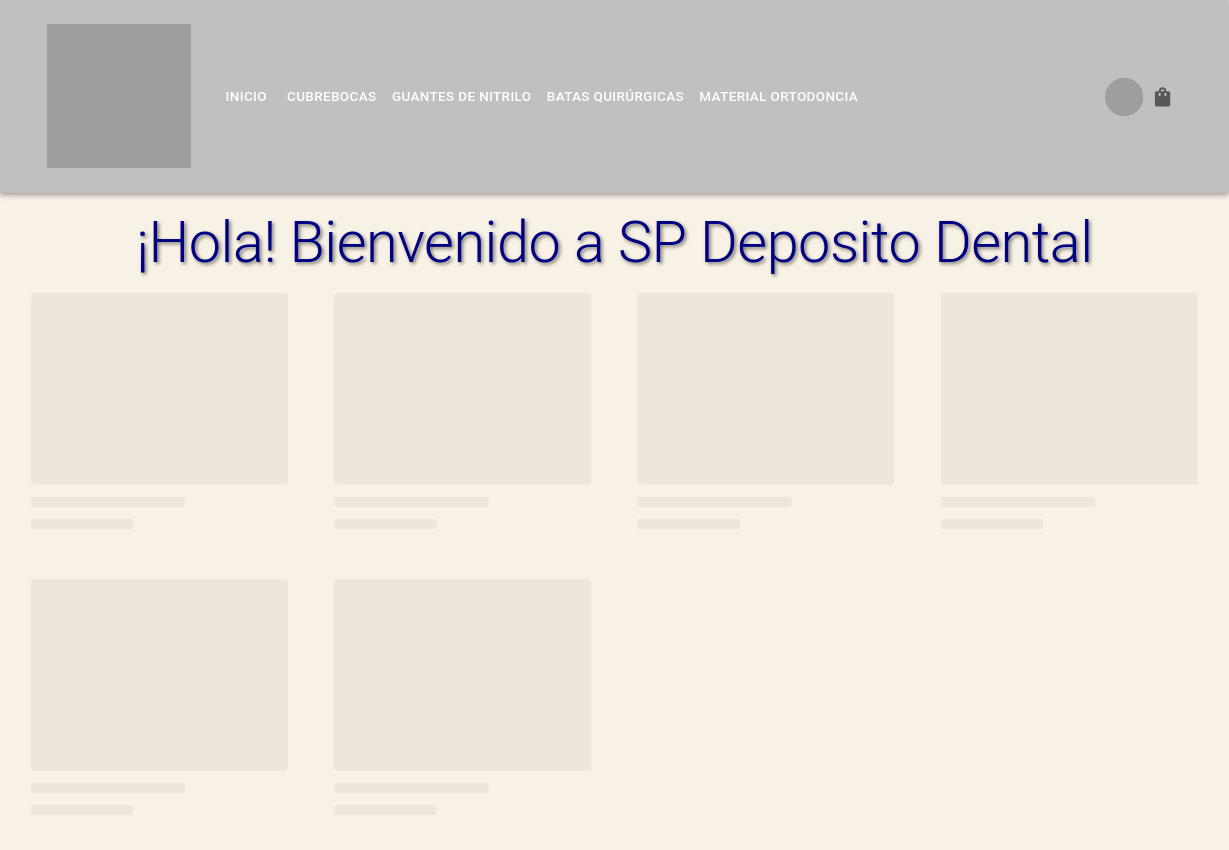
Repository: SebastianPineiro10/ecommerce-coderhouse
Page: /
The author's editor kept a copy of each file at every save. The page is drawn from the files as they stood at one save, then again after the next save.
The browser window is 1280 px wide. The pictures show the whole page, at 96% of full size.
Pictures or frames that could not be fetched are drawn as grey boxes. The page's requests for data from a server got no answer. The project was rebuilt for these pictures with package versions that can differ from the ones it lists, and the page was loaded fresh each time. No one was signed in, and anything a server would have sent is missing. Also part of the build but not shown: vite.config.js, src/components/common/card/productcard.css, src/components/common/card/ProductCard.jsx, src/components/pages/ItemListContainer/ItemList.jsx, src/components/pages/ItemDetail/ItemDetail.jsx, src/components/pages/ItemDetail/ItemDetailContainer.jsx, src/components/pages/cart/CartContainer.jsx, src/components/pages/checkout/Checkout.jsx and 1 more.

Above is the page before, as saved 2024-11-18 22:28:23.

### index.html
<!doctype html>
<html lang="en">
  <head>
    <meta charset="UTF-8" />
    <link rel="icon" type="favicon" href="/public/favicon.ico" />
    <meta name="viewport" content="width=device-width, initial-scale=1.0" />
    <title>SP Depósito Dental</title>
    <meta name="description" content="Bienvenido a SP Depósito Dental, su tienda de confianza para productos dentales." />
    <meta name="keywords" content="dental, productos dentales, tienda, e-commerce" />

  </head>
  <body>
    <div id="root"></div>
    <script type="module" src="/src/main.jsx"></script>
  </body>
</html>

### src/main.jsx
import { createRoot } from 'react-dom/client'
import App from './App.jsx'
import './index.css'


createRoot(document.getElementById("root")).render(<App />);

### src/App.jsx
import { BrowserRouter } from 'react-router-dom';
import { Routes, Route } from 'react-router-dom';
import { CartProvider } from './context/CartContext';
import NavBar from './components/layout/navbar/NavBar';
import {ItemListContainer} from './components/pages/ItemListContainer/ItemListContainer';
import ItemDetailContainer from './components/pages/ItemDetail/ItemDetailContainer';
import CartContainer from './components/pages/cart/CartContainer';
import { Toaster } from 'sonner';
import Checkout from './components/pages/checkout/Checkout';
import Brief from './components/pages/brief/Brief';


const App = () => {
  return (
    <CartProvider>
      <BrowserRouter>
      <Toaster duration={2000} richColors position="bottom-right" />
        <NavBar />
        <Routes>
          <Route
            path="/"
            element={<ItemListContainer greeting="¡Hola! Bienvenido a SP Deposito Dental" />}
          />
          <Route path="/category/:categoryId" element={<ItemListContainer greeting="¡Hola! Bienvenido a SP Deposito Dental" />} />
          <Route path="/item/:itemId" element={<ItemDetailContainer />} />
          <Route path="/cart" element={<CartContainer />} />
          <Route path="/checkout" element={<Checkout />} />
          <Route path="/brief" element={<Brief />} />
          <Route path="*" element={<h2>404 not found</h2>} />
        </Routes>
      </BrowserRouter>
    </CartProvider>
  );
};

export default App;

### src/index.css
body {
  background-color: #F8F1E5;
  margin: 0;
  font-family: 'Roboto', sans-serif;
  color: #2C3E50;
}

### src/context/CartContext.jsx
import { createContext, useState, useContext } from "react";
import PropTypes from "prop-types";
import { toast } from "sonner";

const CartContext = createContext();

export const CartProvider = ({ children }) => {
  const [cart, setCart] = useState([]);
  const [isCheckout, setIsCheckout] = useState(false);

  // Función para generar un identificador único para cada producto en el carrito
  const generateCartItemId = () => `cart-${Date.now()}-${Math.random()}`;

  // Función para agregar productos al carrito
  const addToCart = (product) => {
    // Buscar si el producto ya está en el carrito
    const existingItem = cart.find(item => item.cartItemId === product.cartItemId);

    if (existingItem) {
      // Si el producto ya existe en el carrito
      const totalQuantity = existingItem.quantity + 1; // Incrementamos la cantidad

      // Verificamos si la cantidad no excede el stock
      if (totalQuantity <= product.stock) {
        setCart(prevCart =>
          prevCart.map(item =>
            item.cartItemId === product.cartItemId
            ? { ...item, quantity: totalQuantity }
            : item
          )
        );
        toast.success(`La cantidad de ${product.title} se ha actualizado a ${totalQuantity}`);
      } else {
        // Si la cantidad excede el stock
        toast.error(`No puedes agregar más de ${product.stock} unidades de ${product.title}.`);
      }
    } else {
      // Si el producto no está en el carrito y hay stock disponible
      if (product.stock > 0) {
        const newCartItem = { ...product, cartItemId: generateCartItemId(), quantity: 1 }; // Agregamos el producto con cantidad 1
        setCart(prevCart => [...prevCart, newCartItem]);
        toast.success(`${product.title} ha sido añadido al carrito`);
      } else {
        // Si el producto está agotado
        toast.error(`El producto ${product.title} está agotado.`);
      }
    }
  };

  // Función para eliminar productos del carrito
  const removeFromCart = (cartItemId) => {
    setCart(prevCart => {
      const updatedCart = prevCart.filter(item => item.cartItemId !== cartItemId);
      toast.error("Producto eliminado del carrito");
      return updatedCart;
    });
  };

  // Función para actualizar la cantidad de un producto
  const updateQuantity = (cartItemId, quantity) => {
    if (quantity < 1) return;

    const item = cart.find(item => item.cartItemId === cartItemId);

    // Verificar si la nueva cantidad no excede el stock
    if (item && quantity <= item.stock) {
      setCart(prevCart => {
        const updatedCart = prevCart.map(item =>
          item.cartItemId === cartItemId ? { ...item, quantity } : item
        );
        toast.info("Cantidad actualizada");
        return updatedCart;
      });
    } else {
      toast.error("No puedes agregar más de lo disponible en stock.");
    }
  };

  // Función para obtener el total de la compra
  const getTotal = () => {
    return cart.reduce((total, item) => total + (item.price * item.quantity || 0), 0);
  };

  // Función para obtener la cantidad total de productos en el carrito
  const getTotalQuantity = () => {
    return cart.reduce((total, item) => total + (item.quantity || 0), 0);
  };

  // Función para vaciar el carrito
  const clearCart = () => {
    setCart([]);
    toast.success("Carrito vacío");
  };

  // Función para iniciar el proceso de checkout
  const startCheckout = () => {
    setIsCheckout(true);
  };

  // Función para resetear el estado de checkout
  const resetCheckout = () => {
    setIsCheckout(false);
  };

  return (
    <CartContext.Provider value={{
      cart,
      addToCart,
      removeFromCart,
      updateQuantity,
      getTotal,
      getTotalQuantity,
      clearCart,
      startCheckout,
      resetCheckout,
      isCheckout
    }}>
      {children}
    </CartContext.Provider>
  );
};

CartProvider.propTypes = {
  children: PropTypes.node.isRequired,
};

// Custom hook para consumir el CartContext
export const useCart = () => useContext(CartContext);

### src/components/layout/navbar/NavBar.jsx
import * as React from 'react';
import AppBar from '@mui/material/AppBar';
import Box from '@mui/material/Box';
import Toolbar from '@mui/material/Toolbar';
import IconButton from '@mui/material/IconButton';
import Typography from '@mui/material/Typography';
import Menu from '@mui/material/Menu';
import MenuIcon from '@mui/icons-material/Menu';
import Container from '@mui/material/Container';
import Avatar from '@mui/material/Avatar';
import Button from '@mui/material/Button';
import Tooltip from '@mui/material/Tooltip';
import MenuItem from '@mui/material/MenuItem';
import CartWidget from '../../common/cartWidget/Cartwidget'
import { NavLink } from 'react-router-dom';
import "./Navbar.css";

const pages = [
  { name: 'Inicio', route: '/' },
  { name: 'Cubrebocas', route: '/category/cubrebocas' },
  { name: 'Guantes de Nitrilo', route: '/category/guantes' },
  { name: 'Batas Quirúrgicas', route: '/category/batas' },
  { name: 'Material ortodoncia', route: '/category/ortodoncia'},

];
const settings = ['Mi Perfil', 'Cuenta', 'Mis Compras', 'Cerrar sesión', 'Buscar'];

function ResponsiveAppBar() {
  const [anchorElNav, setAnchorElNav] = React.useState(null);
  const [anchorElUser, setAnchorElUser] = React.useState(null);

  const handleOpenNavMenu = (event) => {
    setAnchorElNav(event.currentTarget);
  };

  const handleOpenUserMenu = (event) => {
    setAnchorElUser(event.currentTarget);
  };

  const handleCloseNavMenu = () => {
    setAnchorElNav(null);
  };

  const handleCloseUserMenu = () => {
    setAnchorElUser(null);
  };

  return (
    <AppBar position="static">
      <Container maxWidth="xl">
        <Toolbar disableGutters>
          <Box sx={{ display: 'flex', flexDirection: 'column', alignItems: 'center', mr: 3.5 }}>
            <img
              src="https://res.cloudinary.com/dcerhiol0/image/upload/v1730231790/file_9_jmsjn0.png"
              alt="Logo"
              style={{ height: '150px', marginBottom: '1px', width: '150px' }}
            />
            <Typography
              variant="caption"
              noWrap
              component={NavLink}
              to="/"
              sx={{
                fontFamily: 'monospace',
                fontWeight: 700,
                letterSpacing: '.3rem',
                color: 'inherit',
                textDecoration: 'none',
              }}
            >

            </Typography>
          </Box>


          <Box sx={{ flexGrow: 1, display: { xs: 'flex', md: 'none' }, justifyContent: 'center', gap: 5 }}>
            <IconButton
              size="large"
              aria-label="menu"
              aria-controls="menu-appbar"
              aria-haspopup="true"
              onClick={handleOpenNavMenu}
              color="inherit"
            >
              <MenuIcon />
            </IconButton>
            <Menu
              id="menu-appbar"
              anchorEl={anchorElNav}
              anchorOrigin={{ vertical: 'bottom', horizontal: 'left' }}
              keepMounted
              transformOrigin={{ vertical: 'top', horizontal: 'left' }}
              open={Boolean(anchorElNav)}
              onClose={handleCloseNavMenu}
              sx={{ display: { xs: 'block', md: 'none' } }}
            >
              {pages.map((page) => (
                <MenuItem key={page.name} onClick={handleCloseNavMenu}>
                  <Typography textAlign="center">
                    <NavLink to={page.route} style={{ textDecoration: 'none', color: 'inherit' }}>{page.name}</NavLink>
                  </Typography>
                </MenuItem>
              ))}
            </Menu>
          </Box>


          <Box sx={{ flexGrow: 1, display: { xs: 'none', md: 'flex' } }}>
            {pages.map((page) => (
              <Button
                key={page.name}
                onClick={handleCloseNavMenu}
                component={NavLink}
                to={page.route}
                sx={{ my: 2, color: 'white', display: 'block' }}
              >
                {page.name}
              </Button>
            ))}
          </Box>


          <Box sx={{ flexGrow: 0 }}>
            <Tooltip title="Abrir ajustes">
              <IconButton onClick={handleOpenUserMenu} sx={{ p: 0 }}>
                <Avatar alt="User Avatar" src="/static/images/avatar/2.jpg" />
              </IconButton>
            </Tooltip>
            <Menu
              sx={{ mt: '45px' }}
              id="menu-appbar"
              anchorEl={anchorElUser}
              anchorOrigin={{ vertical: 'top', horizontal: 'right' }}
              keepMounted
              transformOrigin={{ vertical: 'top', horizontal: 'right' }}
              open={Boolean(anchorElUser)}
              onClose={handleCloseUserMenu}
            >
              {settings.map((setting) => (
                <MenuItem key={setting} onClick={handleCloseUserMenu}>
                  <Typography textAlign="center">{setting}</Typography>
                </MenuItem>
              ))}
            </Menu>
            <CartWidget itemCount={3} />
          </Box>
        </Toolbar>
      </Container>
    </AppBar>
  );
}

export default ResponsiveAppBar;

### src/components/pages/ItemListContainer/ItemListContainer.jsx
import PropTypes from 'prop-types';
import { Skeleton, Box, Typography, Button } from "@mui/material";
import { useState, useEffect } from "react";
import { useParams } from "react-router-dom";
import { collection, getDocs, query, where, addDoc, updateDoc, doc } from "firebase/firestore";
import { db } from "../../../firebaseConfig";
import { products } from "../../../products";
import ItemList from "./ItemList";
import "./itemlistcontainer.css";

export const ItemListContainer = ({greeting}) => {
  const { categoryId } = useParams();
  const [items, setItems] = useState([]);
  const [isAdmin] = useState(false);


  useEffect(() => {
    const fetchProducts = async () => {
      const productsCollection = collection(db, "products");
      let docsRef = productsCollection;

      if (categoryId) {
        docsRef = query(productsCollection, where("category", "==", categoryId));
      }

      const querySnapshot = await getDocs(docsRef);
      const productsFromFirestore = querySnapshot.docs.map((doc) => ({
        ...doc.data(),
        id: doc.id,
      }));
      setItems(productsFromFirestore);
    };

    fetchProducts();
  }, [categoryId]);


  const uploadProductsToFirestore = async () => {
    const productsCollection = collection(db, "products");


    const querySnapshot = await getDocs(productsCollection);
    const existingProducts = querySnapshot.docs.map((doc) => ({
      ...doc.data(),
      id: doc.id,
    }));


    for (let product of products) {

      const existingProduct = existingProducts.find(
        (existing) => existing.title === product.title
      );

      if (existingProduct) {

        const productRef = doc(db, "products", existingProduct.id);
        await updateDoc(productRef, {
          ...product,
        });
        console.log(`Producto actualizado: ${product.title}`);


        product.isUploaded = true;
      } else {

        await addDoc(productsCollection, product);
        console.log(`Producto agregado: ${product.title}`);


        product.isUploaded = true;
      }
    }


    alert("Productos actualizados o agregados correctamente!");
  };

  return (
    <Box sx={{ padding: 2 }}>
      <Typography variant="h2" className="welcome-title">
        {greeting}
      </Typography>


      {isAdmin && (
        <Button
          variant="contained"
          color="primary"
          onClick={uploadProductsToFirestore}
          sx={{ marginBottom: 2 }}
        >
          Subir/Actualizar Productos en Firestore
        </Button>
      )}

      {items.length === 0 ? (
        <Box sx={{ display: "grid", gridTemplateColumns: "repeat(auto-fill, minmax(250px, 1fr))", gap: 2 }}>

          {Array.from({ length: 6 }).map((_, index) => (
            <Box key={index} sx={{ padding: 2 }}>
              <Skeleton variant="rectangular" width="100%" height={200} sx={{ borderRadius: 1 }} /> {/* Imagen */}
              <Skeleton variant="text" width="60%" sx={{ marginTop: 1 }} /> {/* Título */}
              <Skeleton variant="text" width="40%" sx={{ marginTop: 0.5 }} /> {/* Precio */}
            </Box>
          ))}
        </Box>
      ) : (
        <ItemList items={items} />
      )}
    </Box>
  );
};
ItemListContainer.propTypes = {
  greeting: PropTypes.string.isRequired,
};

export default ItemListContainer;

### src/components/common/cartWidget/Cartwidget.jsx
import { useCart } from '../../../context/CartContext';
import { Link } from 'react-router-dom';
import IconButton from '@mui/material/IconButton';
import Badge from '@mui/material/Badge';
import ShoppingBagIcon from '@mui/icons-material/ShoppingBag';

const CartWidget = () => {
  const { cart } = useCart();

  const itemCount = cart.reduce((total, item) => total + item.quantity, 0);

  return (
    <Link to="/cart" style={{ textDecoration: 'none' }}>
      <IconButton aria-label="cart">
        <Badge badgeContent={itemCount} color="secondary">
          <ShoppingBagIcon />
        </Badge>
      </IconButton>
    </Link>
  );
};

export default CartWidget;

### src/components/layout/navbar/Navbar.css
.MuiAppBar-root {
    background-color: rgb(192, 192, 192) !important;
    box-shadow: 0px 2px 10px rgba(0, 0, 0, 0.1);
    position: fixed;
    top: 0;
    left: 0;
    width: 100%;
    z-index: 1100;

  }

  .MuiToolbar-root {
    display: flex;
    justify-content: space-between;
    align-items: center;
    padding: 25px;
    min-height: 64px;
  }

  .MuiToolbar-regular {
    display: flex;
    justify-content: space-between;
  }


  .MuiButton-root {
    margin-left: 10px;
    margin-right: 10px;
    padding: 10px 16px;
    transition: background-color 0.3s ease;

  }

  .MuiButton-root:hover {
      color: navy;
  }


.MuiMenu-paper {
    background-color:  rgb(192, 192, 192)!important;
    color: white !important;
}

### src/firebaseConfig.js
import { initializeApp } from "firebase/app";
import { getFirestore } from "firebase/firestore";

const firebaseConfig = {
  apiKey: "AIzaSyC5Se1O4vN5LkJy_RH-D4cGwR73BkMs0XU",
  authDomain: "backend-ecommercecoderhouse.firebaseapp.com",
  projectId: "backend-ecommercecoderhouse",
  storageBucket: "backend-ecommercecoderhouse.firebasestorage.app",
  messagingSenderId: "500308526062",
  appId: "1:500308526062:web:fb10676cea4e305534c4ff"
};


const app = initializeApp(firebaseConfig);
export const db = getFirestore(app)

### src/components/pages/ItemListContainer/ItemListContainer.css
.greeting-text {
    font-size: 12px;
    color: white;
  }
  .welcome-title {
    font-family: 'Poppins', sans-serif; /* Fuente moderna */
    font-size: 3rem; /* Tamaño grande */
    color: navy; /* Azul vibrante */
    text-align: center; /* Centrado */
    font-weight: bold; /* Negritas */
    text-shadow: 2px 2px 4px rgba(0, 0, 0, 0.5); /* Sombra para destacar */
    margin-top: 20px;
    letter-spacing: 2px; /* Espaciado entre letras */
    transition: transform 0.3s ease-in-out, color 0.3s ease-in-out;
  }

  .welcome-title:hover {

    transform: scale(1.1); /* Agranda el texto al pasar el mouse */
  }

### src/components/pages/checkout/checkout.css
.checkout-container {
    display: flex;
    flex-direction: column;
    justify-content: flex-start;
    align-items: center;
    max-width: 450px;
    margin: 50px auto;
    padding: 30px;
    background-color: #ffffff;
    border-radius: 10px;
    box-shadow: 0 10px 30px rgba(0, 0, 0, 0.1);
    width: 100%;
    box-sizing: border-box;
    transition: transform 0.3s ease-in-out, box-shadow 0.3s ease-in-out;
  }


  .checkout-container:hover {
    box-shadow: 0 10px 20px rgba(0, 0, 0, 0.25);
    transform: translateY(-1px);
  }


  h2 {
    color: #333;
    font-size: 26px;
    font-weight: 700;
    margin-bottom: 20px;
    text-align: left;
    letter-spacing: 1px;
    width: 100%;  /* Hace que el título ocupe todo el ancho del contenedor */
  }


  .checkout-form {
    display: flex;
    flex-direction: column;
    gap: 20px;
    width: 100%;
    align-items: center;
  }


  input {
    padding: 12px 15px;
    border: 1px solid #ddd;
    border-radius: 6px;
    font-size: 14px;
    width: 100%;
    max-width: 400px;
    height: 40px;
    margin-bottom: 15px;
    transition: border-color 0.3s ease-in-out;
  }


  input:focus {
    border-color: #007BFF;
    outline: none;
  }


  button {
    padding: 12px 20px;
    background-color: #007BFF;
    color: white;
    border: none;
    border-radius: 6px;
    font-size: 16px;
    cursor: pointer;
    width: auto;
    transition: background-color 0.3s ease, transform 0.3s ease-in-out;
  }


  button:hover {
    background-color: #0056b3;
    transform: translateY(-2px);
  }

  button:active {
    background-color: #003d80;
    transform: translateY(2px);
  }

Loaded but not shown: src/products.js (92 lines, source omitted)

After the next save:
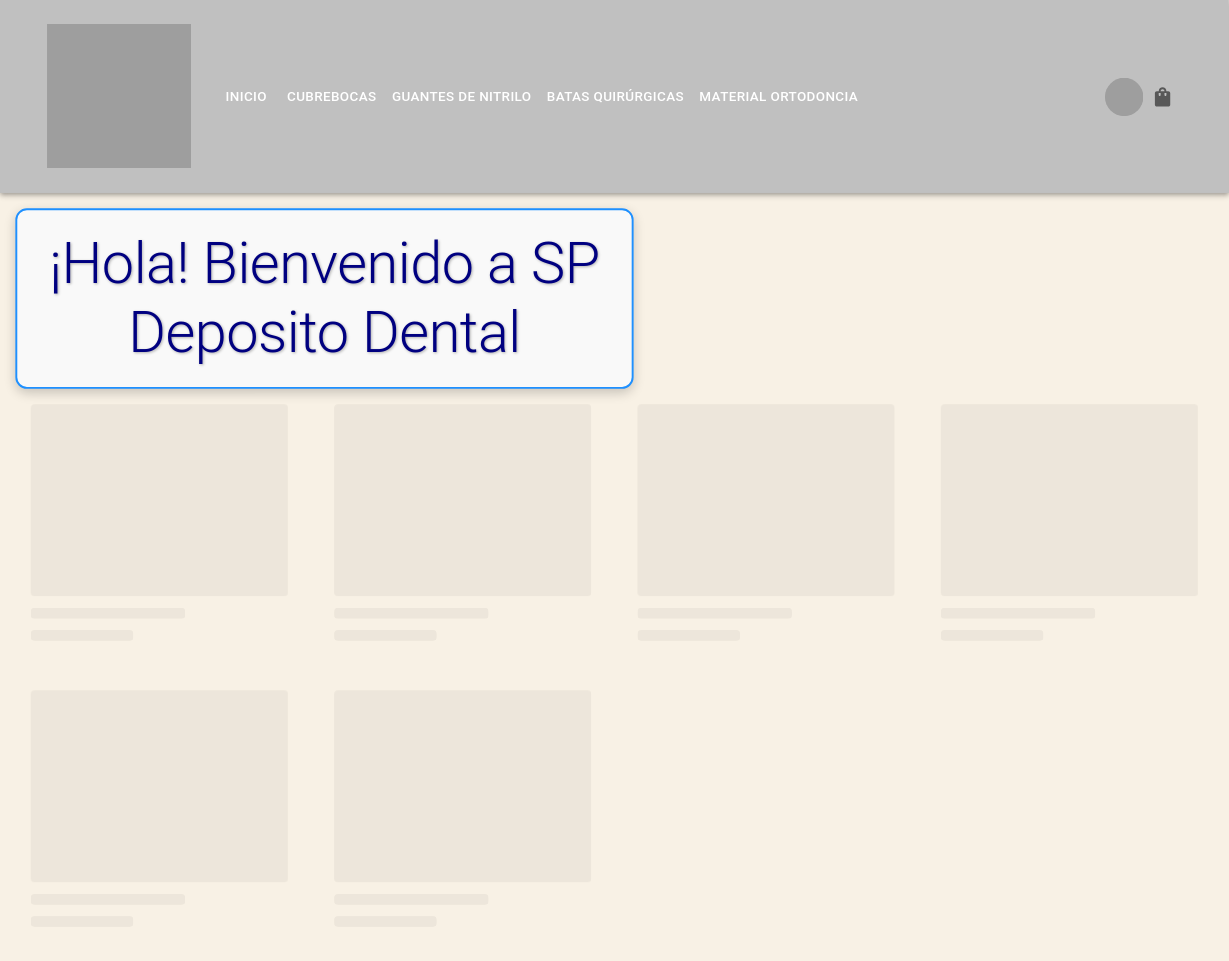
Saved 6 min 45 s later.
--- a/src/components/pages/ItemListContainer/ItemListContainer.css
+++ b/src/components/pages/ItemListContainer/ItemListContainer.css
@@ -1,20 +1,28 @@
-.greeting-text {
-    font-size: 12px;
-    color: white;
-  }
-  .welcome-title {
+/* Contenedor general del cuadro de bienvenida */
+.welcome-title {
+    display: flex;
+    align-items: center;
+    justify-content: center;
+    padding: 20px;
+    margin: 30px auto;
+    max-width: 600px;
+    background-color: #f9f9f9; /* Fondo claro */
+    border-radius: 12px; /* Bordes redondeados */
+    box-shadow: 0px 4px 12px rgba(0, 0, 0, 0.2); /* Sombra */
+    border: 2px solid #1e90ff; /* Borde azul */
     font-family: 'Poppins', sans-serif; /* Fuente moderna */
-    font-size: 3rem; /* Tamaño grande */
-    color: navy; /* Azul vibrante */
-    text-align: center; /* Centrado */
-    font-weight: bold; /* Negritas */
-    text-shadow: 2px 2px 4px rgba(0, 0, 0, 0.5); /* Sombra para destacar */
-    margin-top: 20px;
-    letter-spacing: 2px; /* Espaciado entre letras */
-    transition: transform 0.3s ease-in-out, color 0.3s ease-in-out;
+    font-size: 2.5rem; /* Tamaño del texto */
+    color: navy; /* Azul oscuro */
+    text-align: center;
+    font-weight: 600; /* Negrita moderada */
+    text-shadow: 1px 1px 3px rgba(0, 0, 0, 0.3); /* Sombra en el texto */
+    letter-spacing: 1.5px; /* Espaciado entre letras */
+    transition: transform 0.3s ease-in-out, background-color 0.3s ease-in-out;
   }
 
+  /* Efecto hover para hacerlo interactivo */
   .welcome-title:hover {
-
-    transform: scale(1.1); /* Agranda el texto al pasar el mouse */
+    transform: scale(1.05); /* Aumenta ligeramente el tamaño */
+    background-color: #1e90ff; /* Cambia el fondo al azul vibrante */
+    color: white; /* Cambia el texto al blanco */
   }
